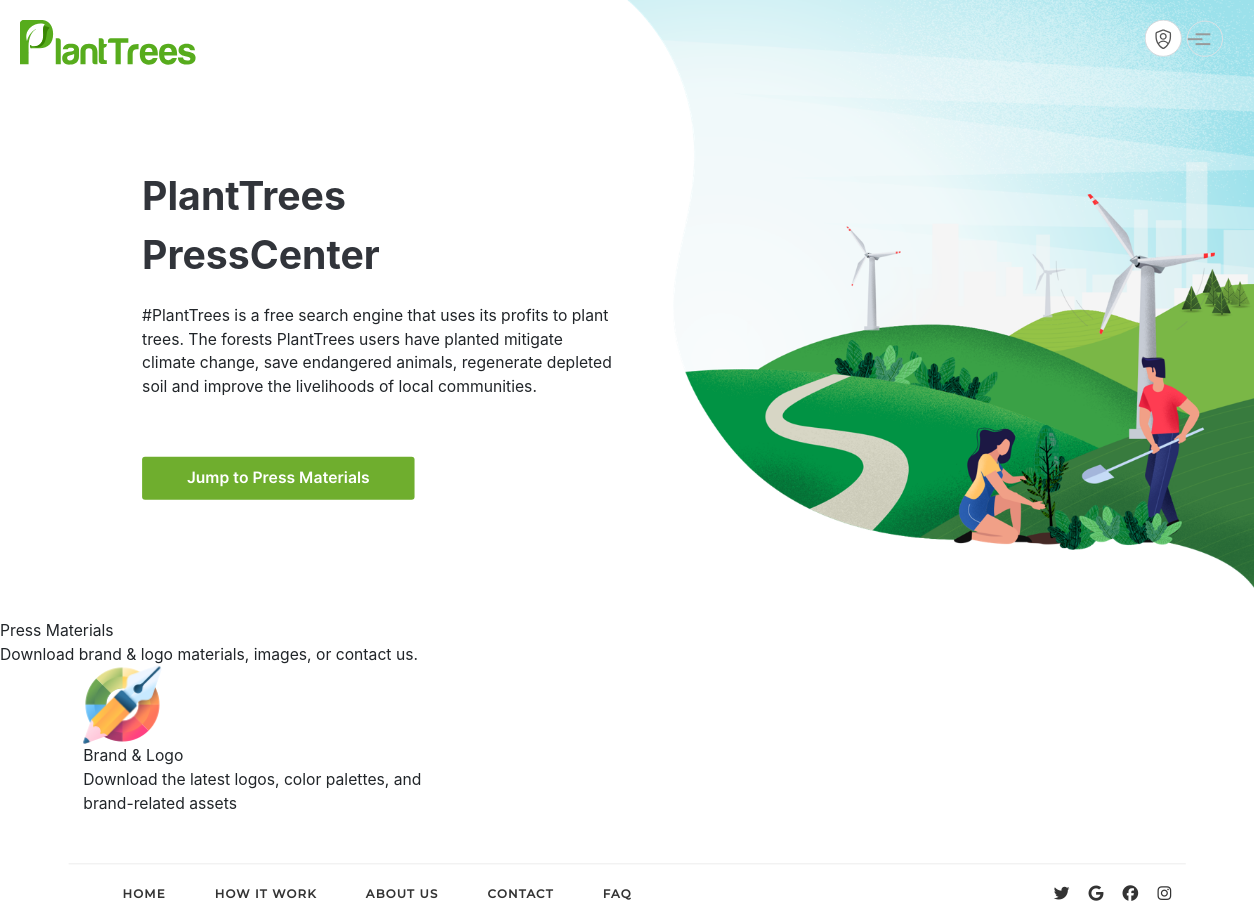
Repository: caothaito/b6g6
Page: bogo/privacy.html
The author's editor kept a copy of each file at every save. The page is drawn from the files as they stood at one save, then again after the next save.
The browser window is 1280 px wide. The pictures show the whole page, at 98% of full size.
Some web libraries are served in a nearby version. The style sheet was rebuilt from its Sass, Less or Tailwind sources for each picture, by a compiler version that may differ from the author's.

Above is the page before, as saved 2020-09-11 10:20:41.

### bogo/privacy.html
<!DOCTYPE html>
<html lang="en">

<head>
    <meta charset="UTF-8">
    <meta name="viewport" content="width=device-width, initial-scale=1.0">
    <title>Document</title>
    <link rel="stylesheet" href="https://maxcdn.bootstrapcdn.com/bootstrap/4.0.0/css/bootstrap.min.css"
        integrity="sha384-Gn5384xqQ1aoWXA+058RXPxPg6fy4IWvTNh0E263XmFcJlSAwiGgFAW/dAiS6JXm" crossorigin="anonymous">

    <script src="https://ajax.googleapis.com/ajax/libs/jquery/3.5.1/jquery.min.js"></script>
    <!-- ==============fontawesome=== -->
    <script src="https://kit.fontawesome.com/c28984a6f5.js" crossorigin="anonymous"></script>
    <!-- ================owl================== -->
    <link rel="stylesheet" href="owlcarousel/assets/owl.carousel.min.css">
    <link rel="stylesheet" href="owlcarousel/assets/owl.theme.default.min.css">
    <script src="owlcarousel/owl.carousel.min.js"></script>

    <!-- =========================== -->
    <link rel="stylesheet" href="./assets/css/style.css">
    <link rel="stylesheet" href="./assets/css/media.css">
</head>

<body>
    <div class="plant-trees-main main-contact-us float-left w-100">
        <div class="plant-trees-home  float-left w-100">
            <div class="plant-trees-home-searchTop float-left w-100 ">
                <a href="#" class="plant-trees-topLogo" id="topLogo">
                    <img src="./assets/images/logo.svg" alt="" class="plant-trees-logo">
                </a>
                <div class="plant-trees-searchRight float-right ">
                    <div class="plant-trees-account">
                        <div class="plant-trees-account-info" style="display:none">
                            <div class="item float-left ">
                                <div class="icon float-left">
                                    <img src="./assets/images/square.svg" alt="square.svg">
                                </div>
                                <div class="content float-right">
                                    <div class="title">Get Our App & Extension</div>
                                    <div class="desc">Protect your date on every device.</div>
                                </div>
                            </div>
                            <div class="item float-left ">
                                <div class="icon float-left">
                                    <img src="./assets/images/file.svg" alt="file.svg">
                                </div>
                                <div class="content float-right">
                                    <div class="title">Your searches are private</div>
                                    <div class="desc">We don't need to know what you do online. We don't record them.
                                    </div>
                                </div>
                            </div>
                            <div class="item float-left ">
                                <div class="icon float-left">
                                    <img src="./assets/images/browser.svg" alt="browser.svg">
                                </div>
                                <div class="content float-right">
                                    <div class="title">Your Searches Are Encrypted</div>
                                    <div class="desc">We protect your search behavior with encrypted connection.</div>
                                </div>
                            </div>
                            <div class="item float-left ">
                                <div class="icon float-left">
                                    <img src="./assets/images/secret-file.svg" alt="secret-file.svg">
                                </div>
                                <div class="content float-right">
                                    <div class="title">No tracking. No profiling</div>
                                    <div class="desc">We block hidden third-party trackers. We don't sell user's date.
                                    </div>
                                </div>
                            </div>
                        </div>
                    </div>
                    <div class="plant-trees-menu-mobile float-right">
                        <div class="nav-toggle">
                            <div class="nav-toggle-bar"></div>
                        </div>
                        <nav class="nav">
                            <ul>
                                <li class="menu-item menu-item-settings">
                                    <div class="wrap-link-item">
                                        <a href="#" title="Settings">Settings</a></div>
                                    <ul class="submenu">
                                        <li>
                                            <a href="#" title="Themes">Themes</a>
                                        </li>
                                        <li>
                                            <a href="#" title="Other settings">Other settings</a></li>
                                        <li>
                                            <a href="#" title="!Bang Search Shortcuts">!Bang SearchShortcuts</a>
                                        </li>
                                    </ul>
                                </li>

                            </ul>
                        </nav>
                    </div>
                </div>
            </div>
        </div>
    </div>

    <div class="plant-trees-press float-left w-100">
        <div class="plant-trees-pressCenter float-left w-100">
            <div class="col-lg-6 col-md-6 float-left w-100  ">
                <div class="plant-pressLeft  float-right">
                    <div class="plant-trees-title">
                        <div>PlantTrees</div>
                        <div>PressCenter</div>
                    </div>
                    <div class="plant-trees-desc">
                        #PlantTrees is a free search engine that uses its profits to plant trees. The forests PlantTrees
                        users have planted mitigate climate change, save endangered animals, regenerate depleted soil
                        and improve the livelihoods of local communities.
                    </div>
                    <a href="#" class="plant-trees-add ">
                        <div>Jump to Press Materials</div>
                    </a>
                </div>

            </div>
            <div class="col-lg-6 col-md-6  ">
                <div class="plant-tressRight">
                    <img src="./assets/images/press-center/press.png" alt="">
                </div>
            </div>
        </div>
    </div>

    <div class="plant-trees-pressMaterials float-left w-100">
        <div class="plant-pressMaterials-title float-left w-100">
            Press Materials
        </div>
        <div class="plant-pressMaterials-desc float-left w-100">
            Download brand & logo materials, images, or contact us.
        </div>
        <div class="plant-pressMaterials-wrap float-left w-100">
            <div class="container">
                <div class="row">
                    <div class="col-lg-4 col-md-4 col-xs-12 float-left w-100">
                        <div class="plant-pressMaterial-item float-left w-100">
                            <div class="material-icon">
                                <img src="./assets/images/press-center/graphic-design.png" alt="">
                            </div>
                            <div class="material-title">
									Brand & Logo
                            </div>
                            <div class="material-desc">
									Download the latest logos, color palettes, and brand-related assets
                            </div>
                        </div>
                    </div>
                </div>
            </div>
        </div>
    </div>





    <!-- ====footer=== -->
    <footer class="footer-home float-left w-100">
        <div class="wrap">
            <div class="container">
                <div class="row">

                    <div class="footer-top float-left w-100">
                        <div class="footer-top-left col-md-7 col-sm-12 col-xs-12">
                            <ul>
                                <li><a href="#">HOME</a></li>
                                <li><a href="#">How it work</a></li>
                                <li><a href="#">About Us</a></li>
                                <li><a href="#">Contact</a></li>
                                <li><a href="#">FAQ</a></li>
                            </ul>
                        </div>
                        <div class="footer-top-right col-md-5 col-sm-12 col-xs-12">
                            <a href="#"><i class="fab fa-twitter"></i></a>
                            <a href="#"><i class="fab fa-google"></i></a>
                            <a href="#"><i class="fab fa-facebook"></i></a>
                            <a href="#"><i class="fab fa-instagram"></i></a>
                        </div>
                    </div>
                </div>

            </div>
        </div>
    </footer>


    <script>
        $(document).ready(function () {
            $(".plant-trees-account").click(function () {
                $(".plant-trees-account-info").slideToggle();
            })
        })

        $('.owl-carousel').owlCarousel({
            loop: true,
            margin: 10,
            responsiveClass: true,
            nav: true,
            responsive: {
                0: {
                    items: 2
                },
                480: {
                    items: 2
                },
                768: {
                    items: 3,
                },
                1000: {
                    items: 3,
                }
            }
        })
    </script>
</body>

<script src="https://cdnjs.cloudflare.com/ajax/libs/popper.js/1.12.9/umd/popper.min.js"
    integrity="sha384-ApNbgh9B+Y1QKtv3Rn7W3mgPxhU9K/ScQsAP7hUibX39j7fakFPskvXusvfa0b4Q" crossorigin="anonymous">
</script>
<script src="https://maxcdn.bootstrapcdn.com/bootstrap/4.0.0/js/bootstrap.min.js"
    integrity="sha384-JZR6Spejh4U02d8jOt6vLEHfe/JQGiRRSQQxSfFWpi1MquVdAyjUar5+76PVCmYl" crossorigin="anonymous">
</script>
<script src="./assets/js/main.js"></script>

</html>

### bogo/assets/css/media.scss
@mixin respond($breakpoint) {
    @if $breakpoint==phone {
        @media (max-width: 600px) {
            @content
        }

        ; //600px
    }

    @if $breakpoint==tab-port {
        @media (max-width: 900px) {
            @content
        }

        ; //900px
    }

    @if $breakpoint==tab-land {
        @media (max-width: 1200px) {
            @content
        }

        ; //1200px
    }

    @if $breakpoint==big-desktop {
        @media (min-width: 1800px) {
            @content
        }

        ; //1800px
    }
}

@font-face {
    font-family: Inter;
    src: url("../fonts/Inter-SemiBold_5a940f143aafecbf00719f75eea1dd90.otf");
  }


.plant-trees-press {
@include respond(tab-port){
    background-image: url('../images/press-center/press.png');
    display: inline-block;
    background-position: center;
    background-repeat: no-repeat;
}

    .plant-trees-pressCenter {

        .plant-pressLeft {
            max-width: 480px;
            padding: 170px 0 225px;
            @include respond(tab-land){
                margin-left: 30px;
            }
            .plant-trees-title {
                color: #31343a;
                margin-bottom: 20px;
                font-weight: 700;
                font-size: 40px;
                font-size: 2.5rem;
            }

            .plant-trees-add {
                position: absolute;
                color: #fff;
                padding: 10px;
                min-width: 278px;
                max-width: 278px;
                text-align: center;
                font-size: 16px;
                margin-bottom: 15px;
                border-radius: 3px;
                background-color: #6fae2e;
                font-family: Inter;
                margin-top: 60px;
            }
        }
        .plant-tressRight{
            @include respond(tab-port){
                display: none;
            }
           img{
               position: absolute;
           }
        }
    }
}

Loaded but not shown: bogo/owlcarousel/assets/owl.carousel.min.css (library); bogo/owlcarousel/assets/owl.theme.default.min.css (common file); bogo/owlcarousel/owl.carousel.min.js (library); bogo/assets/js/main.js (33 lines, source omitted); bogo/assets/css/style.scss (742 lines, source omitted)

After the next save:
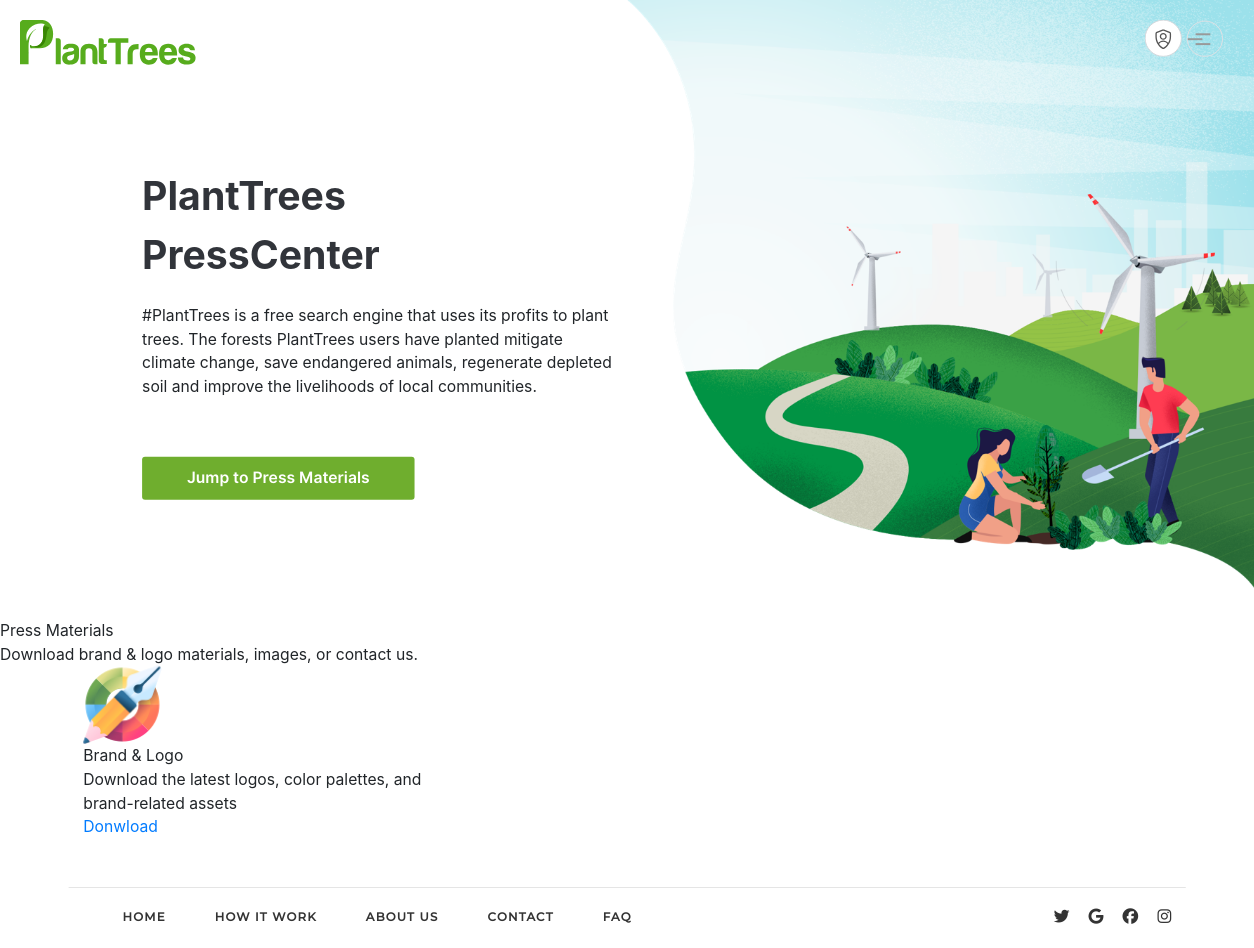
Saved 3 min 7 s later.
--- a/bogo/privacy.html
+++ b/bogo/privacy.html
@@ -147,6 +147,9 @@
                             </div>
                             <div class="material-desc">
 									Download the latest logos, color palettes, and brand-related assets
+                            </div>
+                            <div class="material-btn">
+                                <a href="#">Donwload</a>
                             </div>
                         </div>
                     </div>
